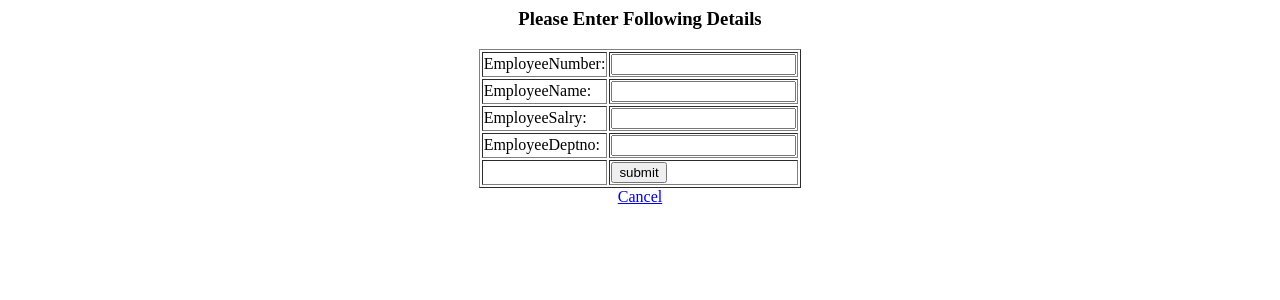
Repository: pramodwus/SpringBoot-Security
Page: http://localhost/Boot-EMS/addEmployee.jsp
These files come from the project's save history. The page is drawn as it stood at one moment and after the next save; the edit follows.
The browser window is 1280 px wide. The pictures show the whole page.
The page is served by Tomcat 9. Other server files are loaded and not shown.

Above is the page before, as saved 2019-04-19 12:34:10.

### Boot-EMS/src/main/webapp/addEmployee.jsp
<html>
<head>
</head>
<body>
<center>
<h3>Please Enter Following Details</h3>
<table border=1>
<form action="insert" method="post">
<tr><td>EmployeeNumber:</td><td><input type="text" name="empNo"></td></tr>
<tr><td>EmployeeName:</td><td><input type="text" name="empName"></td></tr>
<tr><td>EmployeeSalry:</td><td><input type="text" name="empSalary"></td></tr>
<tr><td>EmployeeDeptno:</td><td><input type="text" name="deptNo"></td></tr>
<tr><td></td><td><input type="submit" value="submit"></td>
</form>
</table>
<a href="index.jsp">Cancel</a><br>
</center>
</body>
</html>

After the next save:
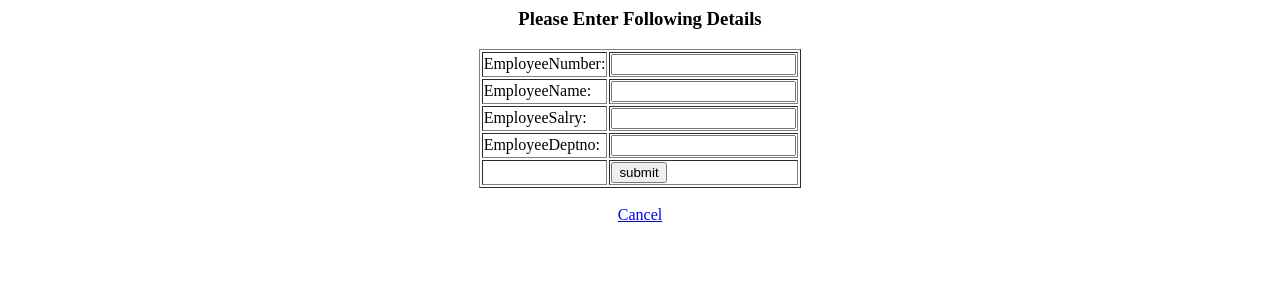
Saved 40 s later.
--- a/Boot-EMS/src/main/webapp/addEmployee.jsp
+++ b/Boot-EMS/src/main/webapp/addEmployee.jsp
@@ -12,7 +12,7 @@
 <tr><td>EmployeeDeptno:</td><td><input type="text" name="deptNo"></td></tr>
 <tr><td></td><td><input type="submit" value="submit"></td>
 </form>
-</table>
+</table><br>
 <a href="index.jsp">Cancel</a><br>
 </center>
 </body>
